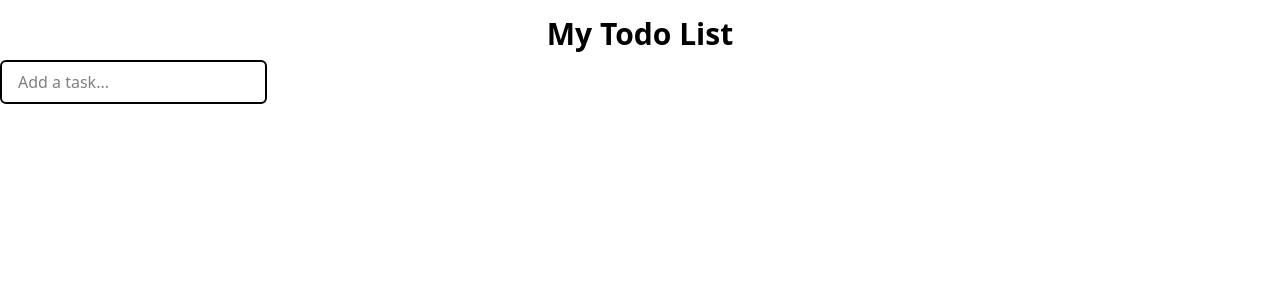
Repository: vgor15/todo-list
Page: /
An editor plug-in stored every save of this project. The page is shown before and after the next save, followed by the edit.
The browser window is 1280 px wide. The pictures show the whole page.
The project was rebuilt for these pictures with package versions that can differ from the ones it lists, and the page was loaded fresh each time. The framework's server and built-in components were replaced by stand-ins that run in the browser. Also part of the build but not shown: next.config.js, next.config.mjs.

Above is the page before, as saved 2025-03-05 10:27:49.

After the next save:
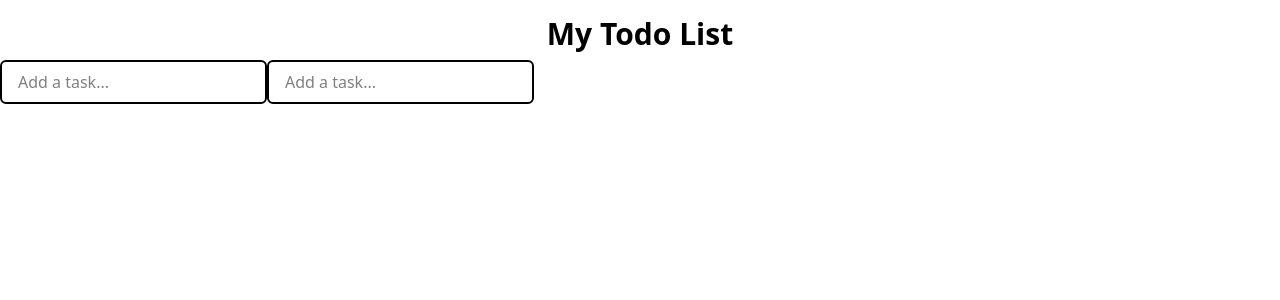
Saved 41 s later.
--- a/app/page.js
+++ b/app/page.js
@@ -12,6 +12,13 @@ const page = () => {
           id=""
           placeholder="Add a task..."
         />
+        <input
+          className="border-2 px-4 py-2 rounded-md outline-none focus:ring-2 focus:ring-amber-500"
+          type="text"
+          name=""
+          id=""
+          placeholder="Add a task..."
+        />
       </form>
     </>
   );
